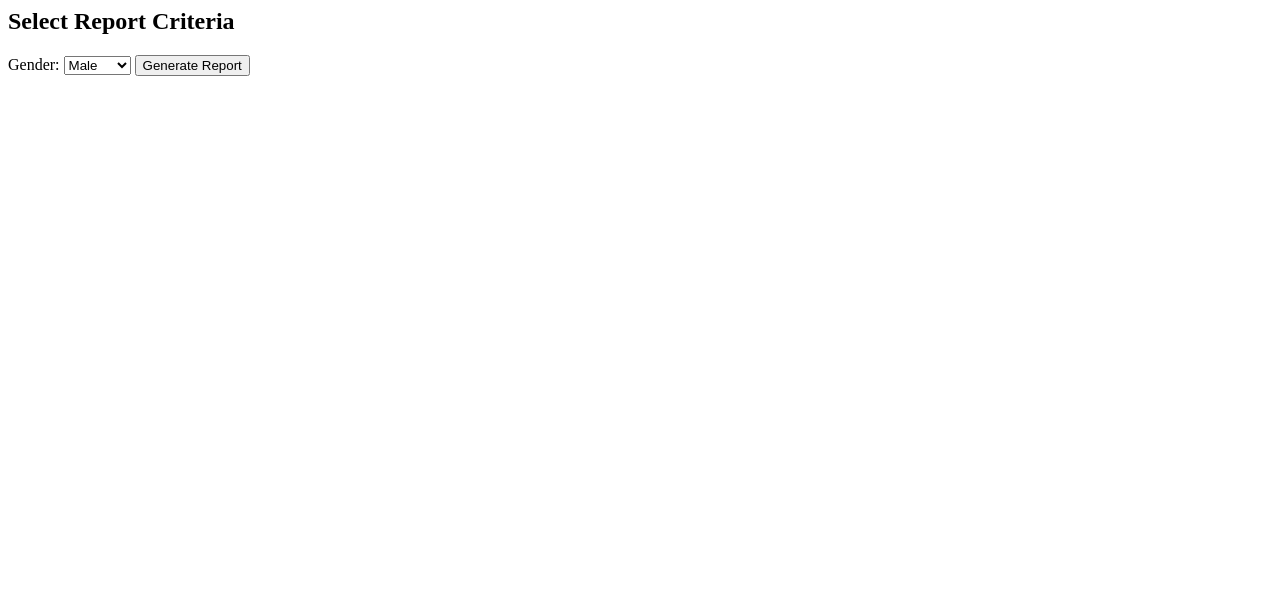
Repository: KUSUMA-74/Advance-JavaProject
Page: http://localhost/EmployeeWebApp/report_form.jsp
The author's editor kept a copy of each file at every save. The page is drawn from the files as they stood at one save, then again after the next save.
The browser window is 1280 px wide. The pictures show the whole page.
The page is served by Tomcat 9.

Above is the page before, as saved 2025-05-30 07:39:53.

After the next save:
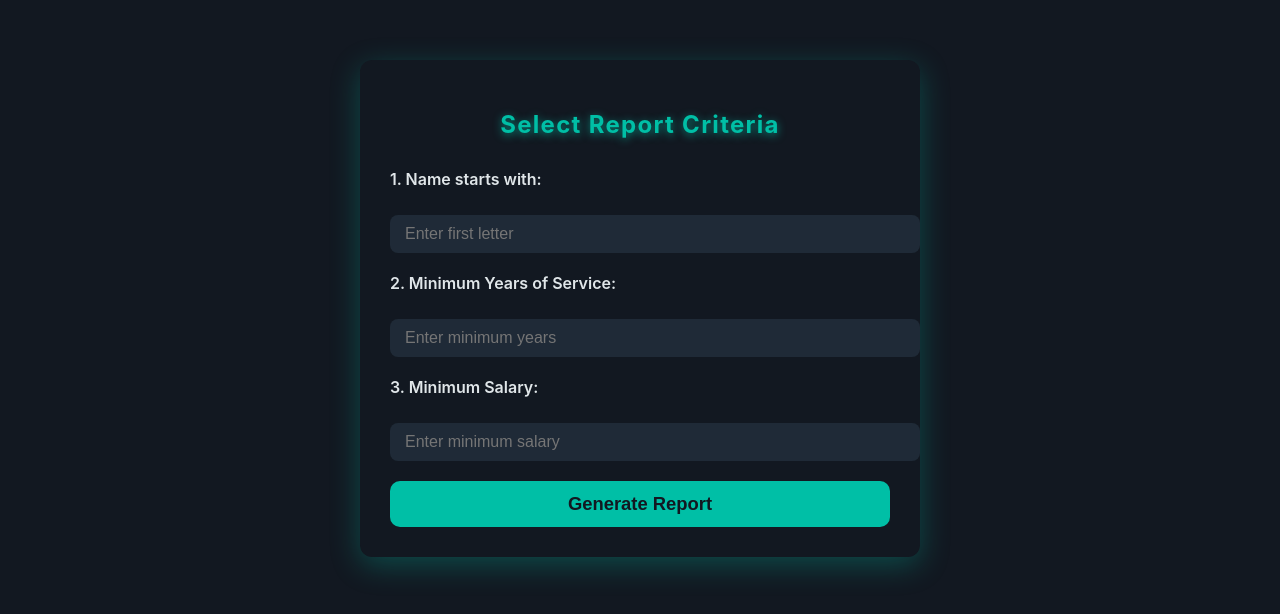
Saved 61 s later.
--- a/EmployeeWebApp/src/main/webapp/report_form.jsp
+++ b/EmployeeWebApp/src/main/webapp/report_form.jsp
@@ -1,17 +1,86 @@
-<%@ page contentType="text/html;charset=UTF-8" language="java" %>
-<html>
+<%@ page language="java" contentType="text/html; charset=UTF-8" pageEncoding="UTF-8"%>
+<!DOCTYPE html>
+<html lang="en">
 <head>
-    <title>Select Report Criteria</title>
+<meta charset="UTF-8" />
+<title>Report Selection</title>
+<style>
+  body {
+    font-family: 'Inter', sans-serif;
+    background: #121821;
+    color: #e0e6e9;
+    max-width: 500px;
+    margin: 60px auto;
+    padding: 30px;
+    border-radius: 12px;
+    box-shadow: 0 8px 30px rgba(0, 191, 166, 0.3);
+  }
+  h2 {
+    color: #00bfa6;
+    text-align: center;
+    margin-bottom: 30px;
+    text-shadow: 0 2px 8px rgba(0, 191, 166, 0.7);
+    letter-spacing: 1.3px;
+  }
+  form {
+    display: flex;
+    flex-direction: column;
+    gap: 20px;
+  }
+  label {
+    font-weight: 600;
+    font-size: 1rem;
+    margin-bottom: 6px;
+    display: block;
+  }
+  input[type="text"],
+  input[type="number"] {
+    padding: 10px 15px;
+    border-radius: 8px;
+    border: none;
+    background: #1f2a37;
+    color: #e0e6e9;
+    font-size: 1rem;
+    width: 100%;
+    transition: box-shadow 0.3s ease;
+  }
+  input[type="text"]:focus,
+  input[type="number"]:focus {
+    outline: none;
+    box-shadow: 0 0 8px #00bfa6;
+    background: #273240;
+  }
+  input[type="submit"] {
+    padding: 12px 0;
+    background: #00bfa6;
+    border: none;
+    border-radius: 10px;
+    font-weight: 700;
+    font-size: 1.15rem;
+    color: #121821;
+    cursor: pointer;
+    transition: background 0.3s ease, transform 0.3s ease;
+  }
+  input[type="submit"]:hover {
+    background: #00e0b3;
+    transform: translateY(-3px);
+    box-shadow: 0 6px 20px rgba(0, 191, 166, 0.4);
+  }
+</style>
 </head>
 <body>
-<h2>Select Report Criteria</h2>
-<form action="ReportServlet" method="post">
-    Gender:
-    <select name="gender">
-        <option value="Male">Male</option>
-        <option value="Female">Female</option>
-    </select>
-    <input type="submit" value="Generate Report"/>
-</form>
+  <h2>Select Report Criteria</h2>
+  <form action="ReportServlet" method="get">
+    <label for="letter">1. Name starts with:</label>
+    <input type="text" id="letter" name="letter" maxlength="1" placeholder="Enter first letter" />
+
+    <label for="years">2. Minimum Years of Service:</label>
+    <input type="number" id="years" name="years" min="0" placeholder="Enter minimum years" />
+
+    <label for="minSalary">3. Minimum Salary:</label>
+    <input type="number" id="minSalary" name="minSalary" min="0" step="0.01" placeholder="Enter minimum salary" />
+
+    <input type="submit" value="Generate Report" />
+  </form>
 </body>
 </html>
